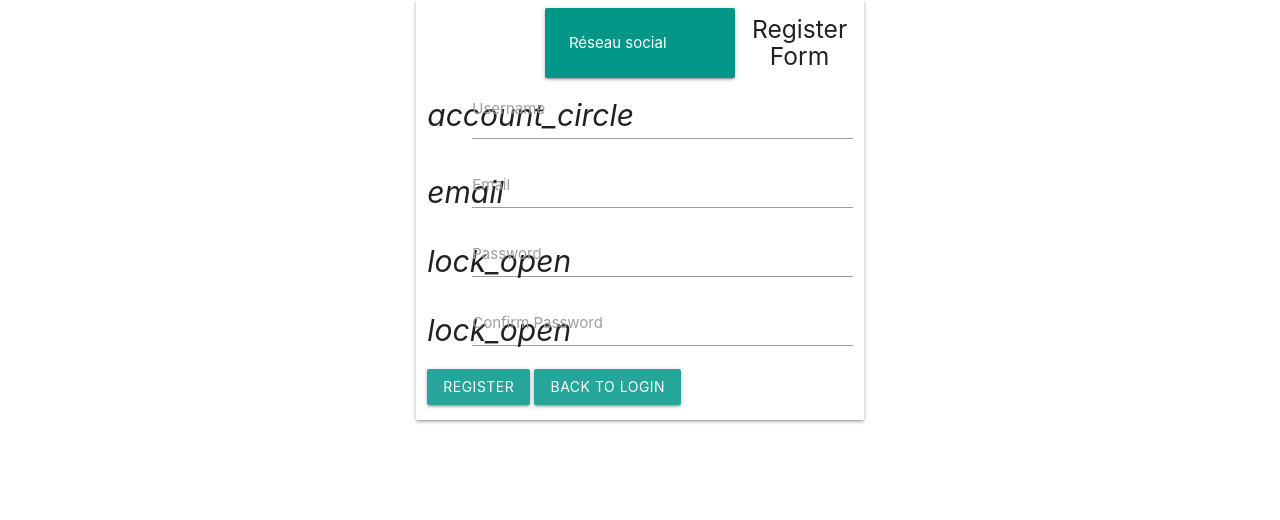
Repository: thdal/Atelier_JEE_16_02
Page: http://localhost/Atelier_JEE_16_02/WEB-INF/pages/connexion/FormRegister.jsp
These files come from the project's save history. The page is drawn as it stood at one moment and after the next save; the edit follows.
The browser window is 1280 px wide. The pictures show the whole page.
The page is served by Tomcat 9. Nobody is signed in. The template is opened directly, without the code that normally fills it, so the values that code supplies are empty.

Above is the page before, as saved 2021-02-22 07:18:57.

After the next save:
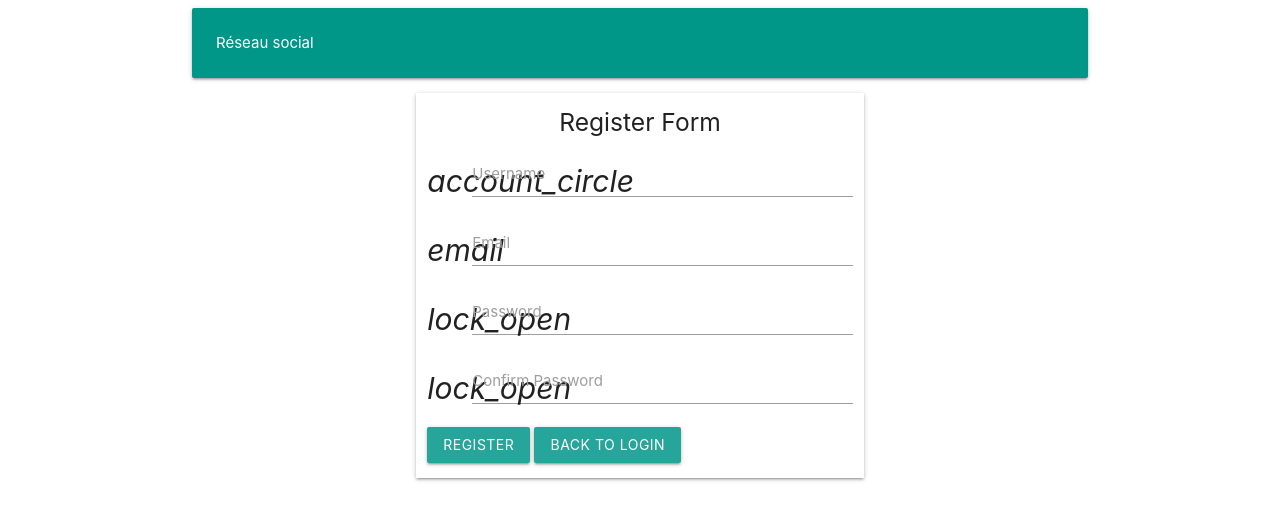
Saved 37 s later.
--- a/Atelier_JEE_16_02/src/main/webapp/WEB-INF/pages/connexion/FormRegister.jsp
+++ b/Atelier_JEE_16_02/src/main/webapp/WEB-INF/pages/connexion/FormRegister.jsp
@@ -10,14 +10,14 @@
 </head>
 <body>
 <div class="container">
-
-      <div class="row">
-      <div class="col s6 offset-s3 z-depth-1" id="panell">
-       <div class="col s6 offset-s3 ">
+            <div class="col s6 offset-s3 ">
 	        <div class="card-panel teal">
 	          <span class="white-text">Réseau social</span>
 	        </div>
 	      </div>
+      <div class="row">
+      <div class="col s6 offset-s3 z-depth-1" id="panell">
+
 
 
             <h5 style="text-align: center;" id="title">Register Form</h5>
